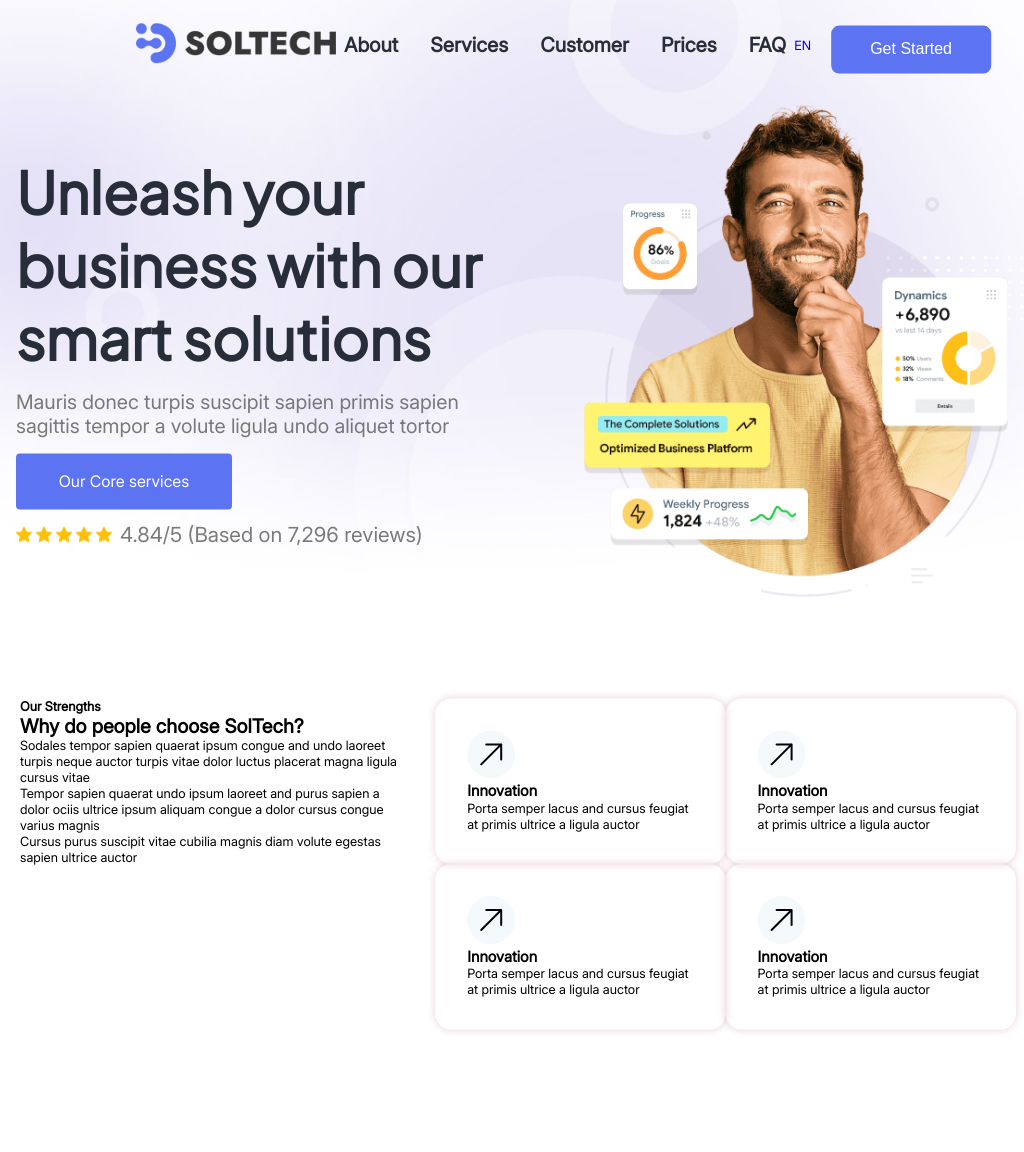
Repository: md-rabbi-hossain/Soltech-html
Page: index.html
An editor plug-in stored every save of this project. The page is shown before and after the next save, followed by the edit.
The browser window is 1280 px wide. The pictures show the whole page, at 80% of full size.

Above is the page before, as saved 2025-01-10 02:11:43.

After the next save:
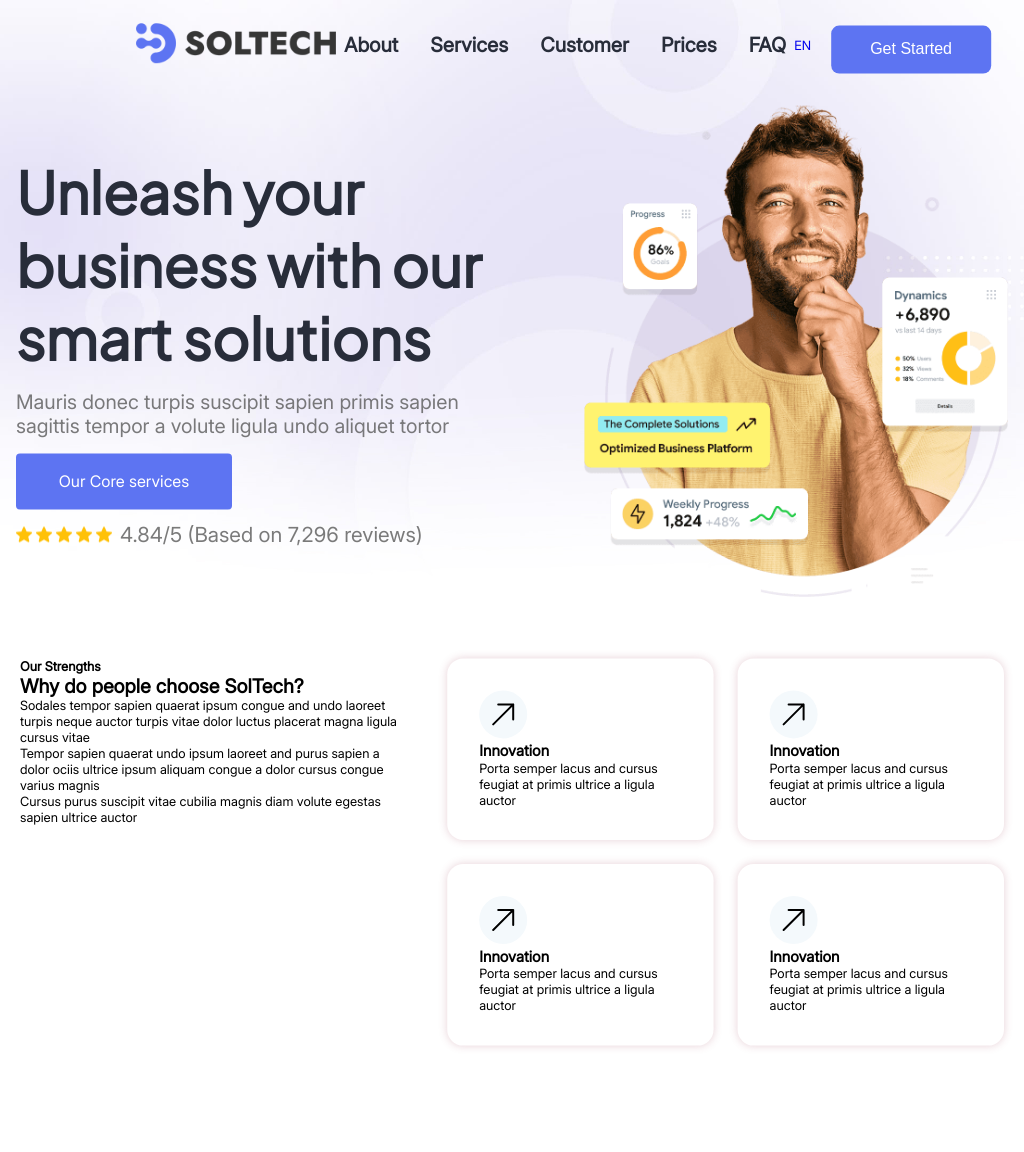
Saved 66 s later.
--- a/Css/style.css
+++ b/Css/style.css
@@ -240,6 +240,9 @@ section.main-container.cta-section {
 }
 .box {
   width: 50%;
+  padding-left: 15px;
+  padding-right: 15px;
+  padding-bottom: 30px;
 }
 .box-inner {
   box-shadow: 0 0 10px #99334d3b;
